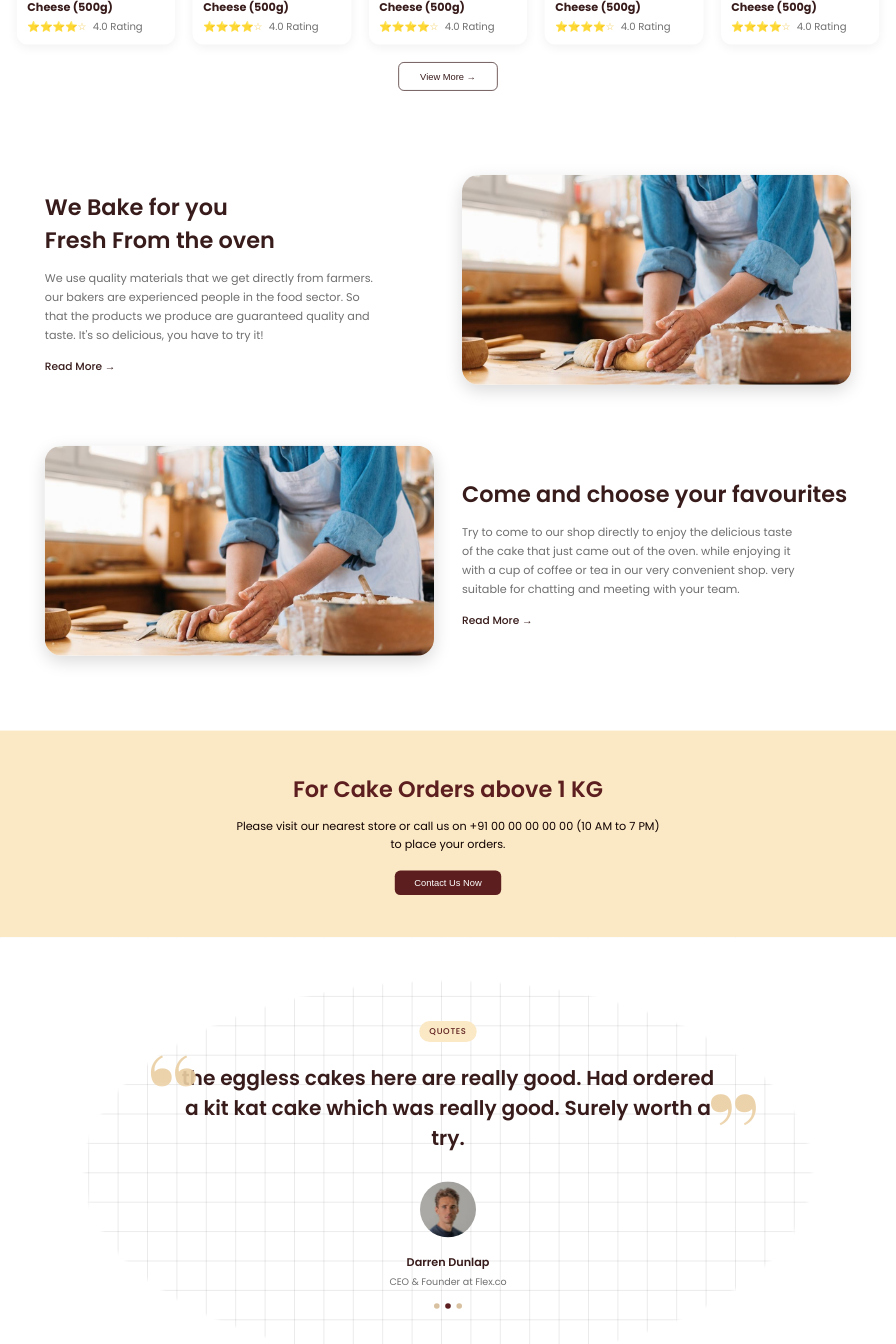
Repository: josegabrielzevallos/chocobrat-bakery-website
Page: index.html
An editor plug-in stored every save of this project. The page is shown before and after the next save, followed by the edit.
The browser window is 1280 px wide. The pictures show the part of the page from y = 874 to 2794 px (the page is 2884 px tall before and 2922 px after), at 70% of full size.

Above is the page before, as saved 2025-11-20 18:18:32.

### index.html
<!DOCTYPE html>
<html lang="en">
<head>
    <meta charset="UTF-8" />
    <meta name="viewport" content="width=device-width, initial-scale=1.0" />
    <title>Chocobrat Bakery</title>

    <link href="https://fonts.googleapis.com/css2?family=Poppins:wght@300;400;500;600;700&family=Playfair+Display:wght@400;600;700;800;900&display=swap" rel="stylesheet">

    <link rel="stylesheet" href="styles.css" />
</head>
<body>

    <!-- NAVBAR -->
    <header>
        <nav class="navbar container">
            <h1 class="logo">Chocobrat</h1>

            <ul class="nav-links">
                <li><a class="active" href="#">Home</a></li>
                <li class="dropdown">
                    <a href="#">Categories ▾</a>
                </li>
                <li><a href="#">About Us</a></li>
                <li><a href="#">Contact Us</a></li>
            </ul>

            <div class="nav-actions">
                <input type="text" placeholder="Search" class="search-box" />
                <button class="icon-btn">🔍</button>
                 <button class="icon-btn">👤</button>
                <button class="icon-btn">🛒</button>

            </div>
        </nav>
    </header>

    <!-- HERO SECTION -->
    <section class="hero container">
        <div>
        <div class="hero-text">
            <div class="hero-img">
                <img src="./assets/images/b1-cake.png" alt="Cake">
            </div>
            <div class="carousel container">
                <div class="slider-controls">
                    <span class="arrow" id="prev">&larr;</span>
                    <span class="slide-text">01/7</span>
                    <span class="arrow" id="next">&rarr;</span>
                </div>
                <img src="assets/images/b2-cake.jpeg" class="thumb" />
                <img src="assets/images/b3-cake-red.png" class="thumb" />
                <img src="assets/images/b4-cake.jpg" class="thumb" />

            </div>
                <h2>Bring you Happiness <br> through a piece of cake</h2>
                <p>We make different type of cakes, chocolate, soft cookies, cheesecake pie or anything you want.</p>

                <div class="hero-buttons">
                    <button class="btn primary">Order Now</button>
                    <button class="btn secondary">See All Menus</button>
                </div>
            </div>


        </div>
        <div class="hero-ba" >
            <!-- CAROUSEL STATIC -->


            <div class="title-row">
                <h2>Try Our Best Selling</h2>
                <div class="divider"></div>
                <p>Here’s our best creations that everyone loves. Lightness and sweetness of the cake...</p>
            </div>
        </div>
    </section>



    <!-- BEST SELLING SECTION -->
    <section class="best-selling container">


        <div class="product-grid">

            <!-- CARD 1 -->
            <article class="card">
                <img src="assets/images/b5-cakes.png" alt="">
                <h3>Red Velvet & Cream Cheese (500g)</h3>
                <div class="rating">
                    ⭐⭐⭐⭐☆ <span>4.0 Rating</span>
                </div>
            </article>

            <!-- CARD 2 -->
            <article class="card">
                <img src="assets/images/b6-cakes.png" alt="">
                <h3>Red Velvet & Cream Cheese (500g)</h3>
                <div class="rating">
                    ⭐⭐⭐⭐☆ <span>4.0 Rating</span>
                </div>
            </article>

            <!-- CARD 3 -->
            <article class="card">
                <img src="assets/images/b7-cakes.png" alt="">
                <h3>Red Velvet & Cream Cheese (500g)</h3>
                <div class="rating">
                    ⭐⭐⭐⭐☆ <span>4.0 Rating</span>
                </div>
            </article>

            <!-- CARD 4 -->
            <article class="card">
                <img src="assets/images/b8-cakes.png" alt="">
                <h3>Red Velvet & Cream Cheese (500g)</h3>
                <div class="rating">
                    ⭐⭐⭐⭐☆ <span>4.0 Rating</span>
                </div>
            </article>
              <!-- CARD 5 -->
            <article class="card">
                <img src="assets/images/b9-cakes.png" alt="">
                <h3>Red Velvet & Cream Cheese (500g)</h3>
                <div class="rating">
                    ⭐⭐⭐⭐☆ <span>4.0 Rating</span>
                </div>
            </article>
        </div>

        <center>
            <button class="btn view-more">View More →</button>
        </center>
    </section>

        <!-- STORY / ABOUT BAKERY SECTION -->
    <section class="story container">
        <article class="story-card">

            <div class="story-text">
                <h2>We Bake for you<br>Fresh From the oven</h2>
                <p>
                    We use quality materials that we get directly from farmers.
                    <br>our bakers are experienced people in the food sector. So
                    <br>that the products we produce are guaranteed quality and
                    <br>taste. It's so delicious, you have to try it!
                </p>
                <a href="#" class="story-link">Read More →</a>
            </div>
            <div class="story-img">
                <img src="./assets/images/b9-women.jpeg" alt="Baker preparing pastry">
            </div>

        </article>


        <article class="story-card">

            <div class="story-img">
                <img src="./assets/images/b9-women.jpeg" alt="Baker rolling dough">
            </div>

            <div class="story-text">
                <h2>Come and choose your favourites</h2>
                <p>
                    Try to come to our shop directly to enjoy the delicious taste
                    <br>of the cake that just came out of the oven. while enjoying it
                    <br>with a cup of coffee or tea in our very convenient shop. very
                    <br>suitable for chatting and meeting with your team.
                </p>
                <a href="#" class="story-link">Read More →</a>
            </div>

        </article>

    </section>

    <!-- CAKE ORDER BANNER -->
    <section class="order-banner">
        <div class="order-banner-inner">
            <h2>For Cake Orders above 1 KG</h2>
            <p>
                Please visit our nearest store or call us on +91 00 00 00 00 00 (10 AM to 7 PM)
            <br>
                to place your orders.
            </p>
            <button class="btn primary order-btn">Contact Us Now</button>
        </div>
    </section>

    <!-- QUOTES SECTION -->
    <section class="quotes-section">
        <div class="container quotes-inner">
            <span class="quotes-label">QUOTES</span>

            <p class="quote-text">
                the eggless cakes here are really good. Had ordered a kit kat cake which was
                really good. Surely worth a try.
            </p>

            <div class="quote-author">
                <div class="quote-avatar">
                    <img src="./assets/images/b10-man.jpeg" alt="Darren Dunlap">
                </div>
                <h3>Darren Dunlap</h3>
                <p class="quote-role">CEO &amp; Founder at Flex.co</p>

                <div class="quote-dots">
                    <span class="quote-dot"></span>
                    <span class="quote-dot active"></span>
                    <span class="quote-dot"></span>
                </div>
            </div>
        </div>
    </section>

</body>
</html>

### styles.css
/* ===== RESET ===== */
* {
    margin: 0;
    padding: 0;
    box-sizing: border-box;
}

body {
    font-family: "Poppins", sans-serif;
    background-color: #ffffff;
    background-color: #FFF;
    color: #381B1B;
}

.container {
    max-width: 1478px;
    margin: 0 auto;        /* centra TODAS las secciones */
    padding: 0 24px;        /* padding uniforme sin empujar a la izquierda */
}


/* ===== NAVBAR ===== */
header {
    background: #FFF;
    padding: 0px 0;
}

.navbar {
    display: flex;
    align-items: center;
    justify-content: space-between;
}

.logo {
    font-size: 1.8rem;
    font-weight: 600;
}

.nav-links {
    display: flex;
    list-style: none;
    gap: 30px;
}

.nav-links a {
    text-decoration: none;
    color: #6F6F6F;
    font-weight: 500;
}

.nav-links .active {
    color: #381B1B;
    font-weight: 600;
}

.nav-actions {
    display: flex;
    align-items: center;
    gap: 12px;
}

.search-box {
    padding: 10px 15px;
    border-radius: 8px;
    border: 1px solid #ddd;
}

.icon-btn {
    background: #5C1E1E;
    color: #fff;
    padding: 10px;
    border-radius: 8px;
    border: none;
}

/* ===== HERO ===== */
.hero {
    /* display: flex; */
    display: block;
    align-items: center;
    justify-content: space-between;
    background: linear-gradient(to right, white, #f1ecdc);

    margin-top: 40px;
    background-color: #FFF8F2;
    border-radius: 16px;
}

.hero-text {
    max-width: 100%;
}
.hero-back{
    /* float: right; */
    margin-top: 200px;
    margin-right: 50px;
}

.hero-text h2 {
    font-size: 2.8rem;
    line-height: 1.2;
    margin-bottom: 15px;
}

.hero-text p {
    font-size: 1rem;
    color: #6F6F6F;
    margin-bottom: 25px;
}

.hero-buttons {
    display: flex;
    gap: 15px;
}

.btn {
    padding: 12px 30px;
    font-weight: 500;
    border-radius: 8px;
    border: none;
    cursor: pointer;
}

.primary {
    background: #5C1E1E;
    color: white;
}

.secondary {
    background: white;
    border: 1px solid #5C1E1E;
    color: #5C1E1E;
}

.hero-img img {
    width: 480px;
    border-radius: 12px;
    float: right;
}

/* ===== CAROUSEL ===== */
.carousel {
    margin-top: -125px;
    display: flex;
    gap: 10px;
    clear: both;
    overflow-x: hidden;
    padding-bottom: 10px;
    float:right;
    background: #f6ffff59;
    border-top-left-radius: 64px;
    border-bottom-left-radius: 64px;

}

.slider-controls {
      display: flex;
      align-items: center;
      gap: 16px;           /* espacio entre flecha y texto */
      font-family: Arial, sans-serif;
      font-size: 18px;
    }

.divider {
  width: 1.5px;
  height: 53px; /* Ajusta el largo de la línea */
  background-color: #000000; /* Color suave como en tu imagen */
    background-color: #FFF8F2;
    border-radius: 16px;
}

.thumb {
    width: 180px;
    height: 110px;
    border-radius: 12px;
    object-fit: cover;
}

/* ===== BEST SELLING ===== */
.best-selling {
    margin-top: 60px;
}

.title-row {
    display: flex;
    justify-content: space-between;
    margin-bottom: 30px;
    clear: both;
    padding-top: 60px;
}

.title-row h2 {
    font-size: 2rem;
    color: #381B1B;
}

.title-row p {
    max-width: 45%;
    color: #6F6F6F;
}

/* ===== PRODUCT GRID ===== */
.product-grid {
    display: grid;
    grid-template-columns: repeat(5, 1fr);
    gap: 25px;
    margin-top: 30px;
}

.card {
    background: #fff;
    padding: 15px;
    border-radius: 15px;
    box-shadow: 0 4px 15px rgba(0,0,0,0.06);
}

.card img {
    width: 100%;
    height: 180px;
    border-radius: 12px;
    object-fit: cover;
}

.card h3 {
    margin: 12px 0 5px;
    font-size: 1rem;
}

.rating {
    color: #F2C94C;
    font-size: 0.9rem;
}

.rating span {
    color: #6F6F6F;
    margin-left: 5px;
}

.view-more {
    margin-top: 25px;
    background: white;
    border: 1px solid #381B1B;
    color: #381B1B;
}

/* ===== STORY / ABOUT BAKERY SECTION ===== */
.story {
    margin-top: 80px;
    display: flex;
    flex-direction: column;
    gap: 6  0px;
}

.story-card {
    display: flex;
    align-items: center;
    justify-content: space-between;   /* nuevo */
    gap: 40px;
    padding: 40px;
}

.story-card-reverse {
    flex-direction: row-reverse;
}

.story-text {
    flex: 1;        /* 50% del espacio */
}

.story-text h3 {
    font-size: 1rem;
    font-weight: 500;
    color: #A35A4A;
    margin-bottom: 4px;
}

.story-text h2 {
    font-size: 2rem;
    font-weight: 600;
    margin-bottom: 16px;
    color: #381B1B;
}

.story-text p {
    color: #6F6F6F;
    line-height: 1.7;
    margin-bottom: 18px;
}

.story-link {
    text-decoration: none;
    font-weight: 500;
    color: #381B1B;
    font-size: 0.95rem;
}

.story-img {
    flex: 1;        /* 50% del espacio */
}

.story-img img {
    width: 100%;
    height: 100%;
    max-height: 300px;     /* evita que se extienda demasiado */
    object-fit: cover;
    border-radius: 24px;
    box-shadow: 0 8px 25px rgba(0, 0, 0, 0.15);
}

/* ===== ORDER BANNER ===== */
.order-banner {
    background-color: #FBE8C4;   /* banda beige */
    padding: 60px 20px;
    margin-top: 60px;
}

.order-banner-inner {
    max-width: 800px;
    margin: 0 auto;
    text-align: center;
}

.order-banner h2 {
    font-size: 2rem;
    font-weight: 600;
    color: #5C1E1E;             /* marrón del botón/nav */
    margin-bottom: 16px;
}

.order-banner p {
    color: #0f0101;
    line-height: 1.6;
    margin-bottom: 24px;
}

.order-btn {
    /* ya hereda .btn y .primary, solo ajustamos un poco el tamaño */
    padding: 10px 28px;
    border-radius: 8px;
}

/* ===== QUOTES / TESTIMONIAL SECTION ===== */
.quotes-section {
    position: relative;
    padding: 80px 20px 100px;
    background-color: #FFFFFF;

    /* cuadrícula punteada */
    background-image:
        repeating-linear-gradient(
            to right,
            rgba(0,0,0,0.08) 0px,
            rgba(0,0,0,0.08) 1px,
            transparent 1px,
            transparent 70px
        ),
        repeating-linear-gradient(
            to bottom,
            rgba(0,0,0,0.08) 0px,
            rgba(0,0,0,0.08) 1px,
            transparent 1px,
            transparent 70px
        );

    background-size: 19.5px 19.5px;
}

.quotes-inner {
    text-align: center;
}

.quotes-label {
    display: inline-block;
    padding: 6px 14px;
    font-size: 0.75rem;
    letter-spacing: 0.08em;
    text-transform: uppercase;
    border-radius: 999px;
    background-color: #FBE8C4;
    color: #5C1E1E;
    font-weight: 500;
}

/* COMILLAS GRANDES DE FONDO */
.quote-text {
    position: relative;
    max-width: 780px;
    margin: 30px auto 40px;
    font-size: 1.8rem;
    line-height: 1.5;
    font-weight: 600;
    color: #381B1B;
    z-index: 2;
}

.quote-text::before,
.quote-text::after {
    font-family: 'Playfair Display', serif;
    position: absolute;
    font-size: 150px;
    font-weight: 950;
    pointer-events: none;
    z-index: 0;

    /* degradado real */
    background: linear-gradient(
        to bottom,
        #e7cda4 0%,
        #eacfa3 45%,
        rgba(255,255,255,0.8) 80%,
        rgba(255,255,255,1) 100%
    );
    -webkit-background-clip: text;
    color: transparent;

    opacity: 0.9;  /* alta para que se note la panza blanca */
}


.quote-text::before {
    content: "“";
    left: -40px;
    top: -75px;
}

.quote-text::after {
    content: "”";
    right: -55px;
    bottom: -75px;
}


.quote-author {
    display: flex;
    flex-direction: column;
    align-items: center;
    gap: 6px;
}

.quote-avatar img {
    width: 80px;
    height: 80px;
    border-radius: 50%;
    object-fit: cover;
    /*box-shadow: 0 8px 25px rgba(0, 0, 0, 0.15);*/
}

.quote-author h3 {
    margin-top: 10px;
    font-size: 1rem;
    font-weight: 600;
    color: #381B1B;
}

.quote-role {
    font-size: 0.85rem;
    color: #6F6F6F;
}

/* tres puntitos inferiores */
.quote-dots {
    margin-top: 14px;
    display: flex;
    gap: 8px;
    justify-content: center;
}

.quote-dot {
    width: 8px;
    height: 8px;
    border-radius: 50%;
    background-color: #D8C1A0;
}

.quote-dot.active {
    width: 8px;
    height: 8px;
    background-color: #5C1E1E;
}

/* OVAL TRANSPARENTE EN EL CENTRO DE LA SECCION */
.quotes-section {
    position: relative;
    padding: 120px 0 140px;

    /* cuadrícula que ya tenés */
    background-color: #FFFFFF;
    background-image:
        repeating-linear-gradient(
            to right,
            rgba(0,0,0,0.08) 0px,
            rgba(0,0,0,0.08) 1px,
            transparent 1px,
            transparent 42px
        ),
        repeating-linear-gradient(
            to bottom,
            rgba(0,0,0,0.08) 0px,
            rgba(0,0,0,0.08) 1px,
            transparent 1px,
            transparent 42px
        );
    background-size: 42px 42px;
}

/* Circulo con interior transparente */
.quotes-section::before {
    content: "";
    position: absolute;
    inset: 0;

    background: white;

    /* zona central recortada (transparente) */
    mask-image: radial-gradient(
        ellipse 95% 85% at center,   /* ancho y alto equilibrados */
        transparent 62%,             /* zona visible moderada */
        black 63%
    );

    -webkit-mask-image: radial-gradient(
        ellipse 65% 65% at center,
        transparent 62%,
        black 63%
    );

    pointer-events: none;
    z-index: 2; /* Cubre todo excepto el centro */
}

/* El contenido debe quedar encima del recorte */
.quotes-inner {
    position: relative;
    z-index: 3;
}

After the next save:
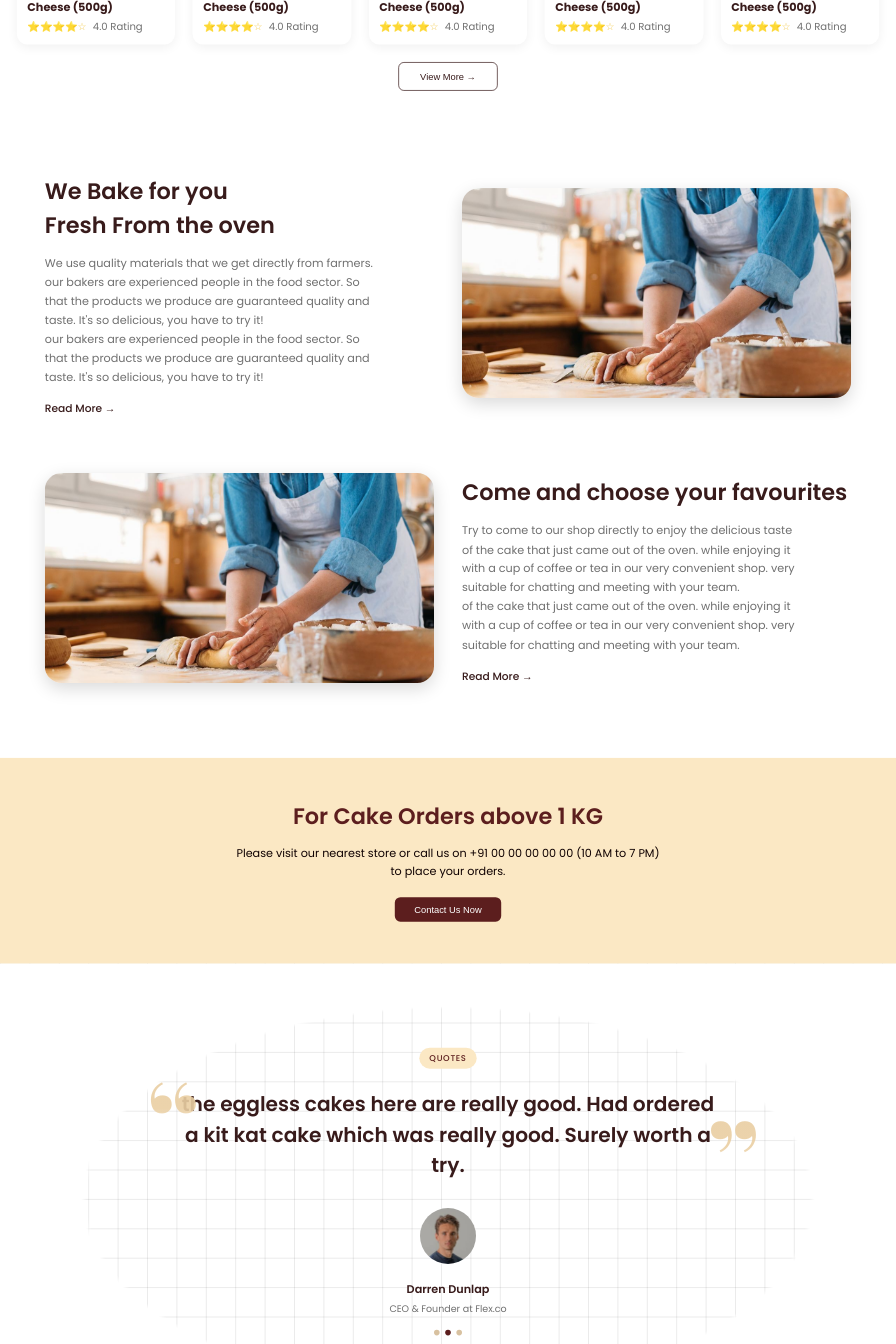
Saved 22 min 53 s later.
--- a/index.html
+++ b/index.html
@@ -145,6 +145,9 @@
                     <br>our bakers are experienced people in the food sector. So
                     <br>that the products we produce are guaranteed quality and
                     <br>taste. It's so delicious, you have to try it!
+                    <br>our bakers are experienced people in the food sector. So
+                    <br>that the products we produce are guaranteed quality and
+                    <br>taste. It's so delicious, you have to try it!
                 </p>
                 <a href="#" class="story-link">Read More →</a>
             </div>
@@ -165,6 +168,9 @@
                 <h2>Come and choose your favourites</h2>
                 <p>
                     Try to come to our shop directly to enjoy the delicious taste
+                    <br>of the cake that just came out of the oven. while enjoying it
+                    <br>with a cup of coffee or tea in our very convenient shop. very
+                    <br>suitable for chatting and meeting with your team.
                     <br>of the cake that just came out of the oven. while enjoying it
                     <br>with a cup of coffee or tea in our very convenient shop. very
                     <br>suitable for chatting and meeting with your team.
